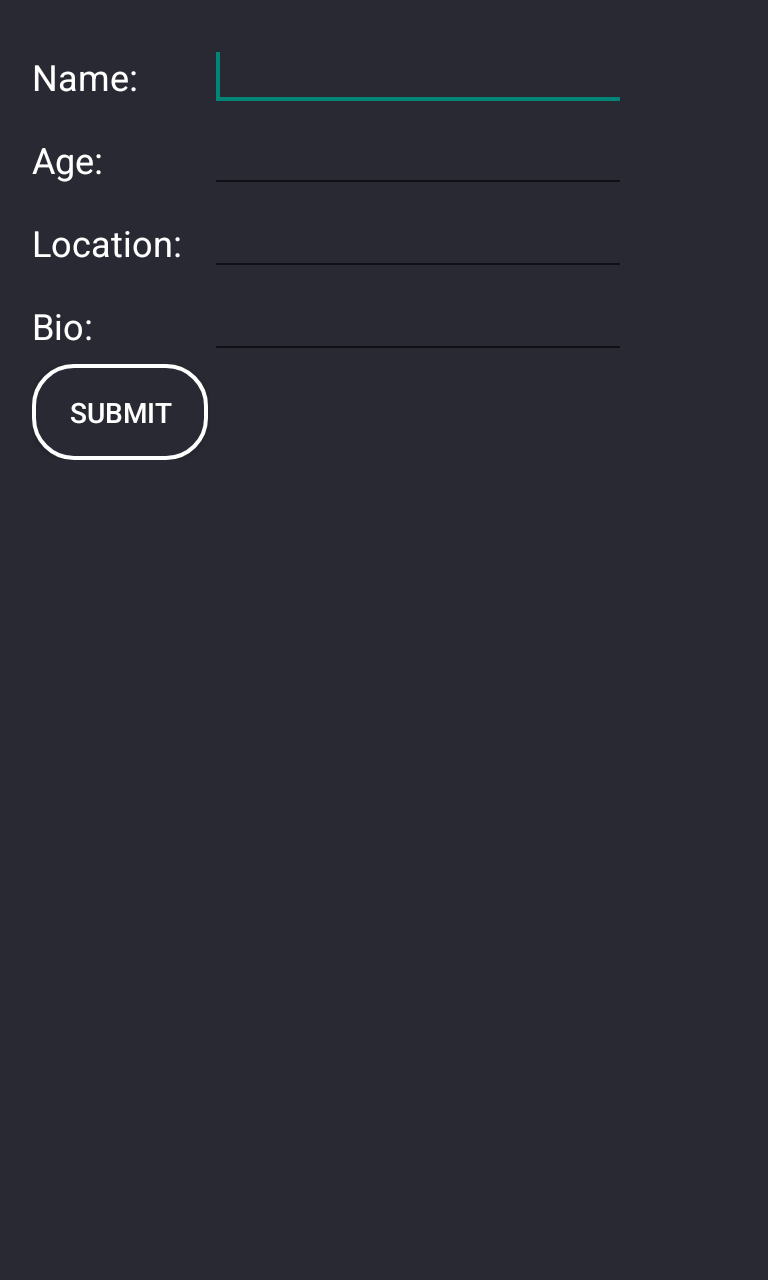
Repository: SageMantis/SeniorProjectGrouple
Layout: client/Grouple/res/layout/activity_edit_profile.xml
The author's editor kept a copy of each file at every save. The layout is drawn from the files as they stood at one save, then again after the next save.
It is drawn on a 768 x 1280 px phone screen (xhdpi) without system bars, with theme AppBaseTheme; the app's code is not run.

Above is the layout before, as saved 2014-11-05 04:46:52.

After the next save:
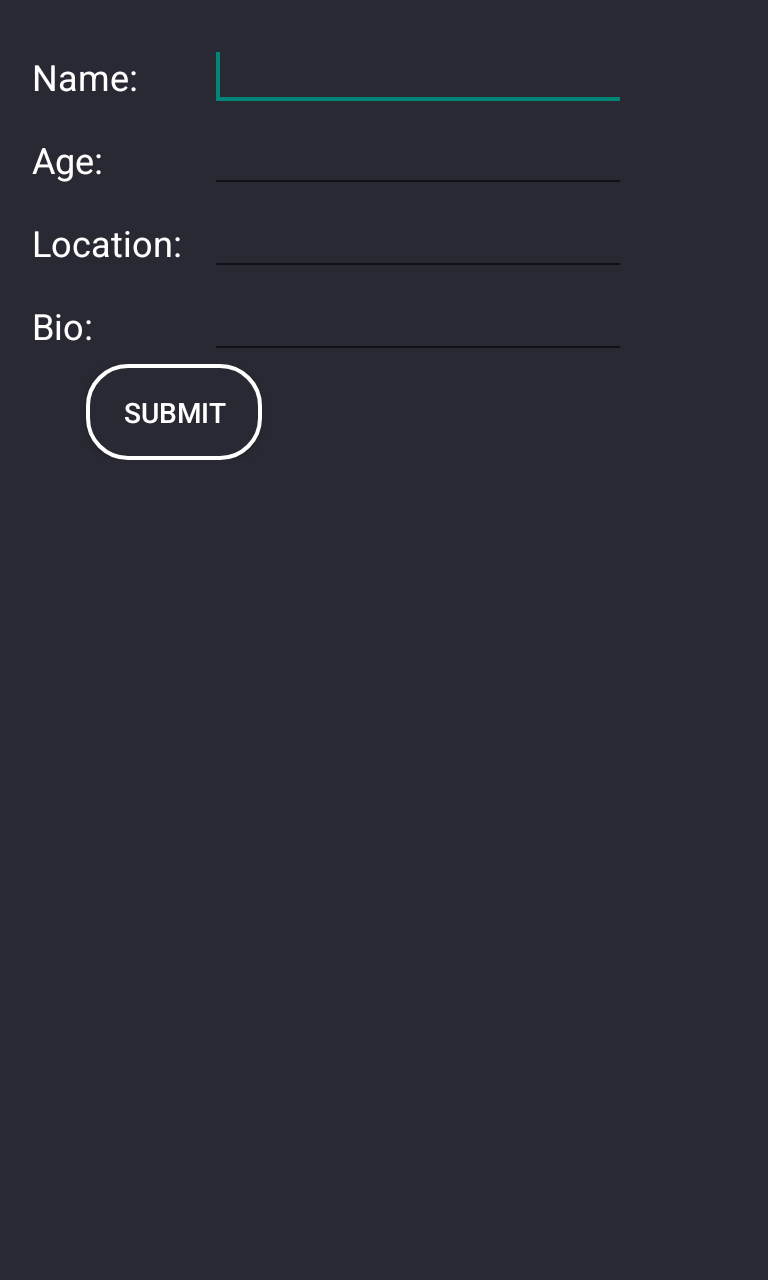
Saved 52 s later.
--- a/client/Grouple/res/layout/activity_edit_profile.xml
+++ b/client/Grouple/res/layout/activity_edit_profile.xml
@@ -105,7 +105,8 @@
     <TableRow
         android:id="@+id/tableRow5"
         android:layout_width="wrap_content"
-        android:layout_height="wrap_content" >
+        android:layout_height="wrap_content"
+        android:gravity="center">
 
         <Button
             android:id="@+id/submitButtonEPA"

After the save that followed:
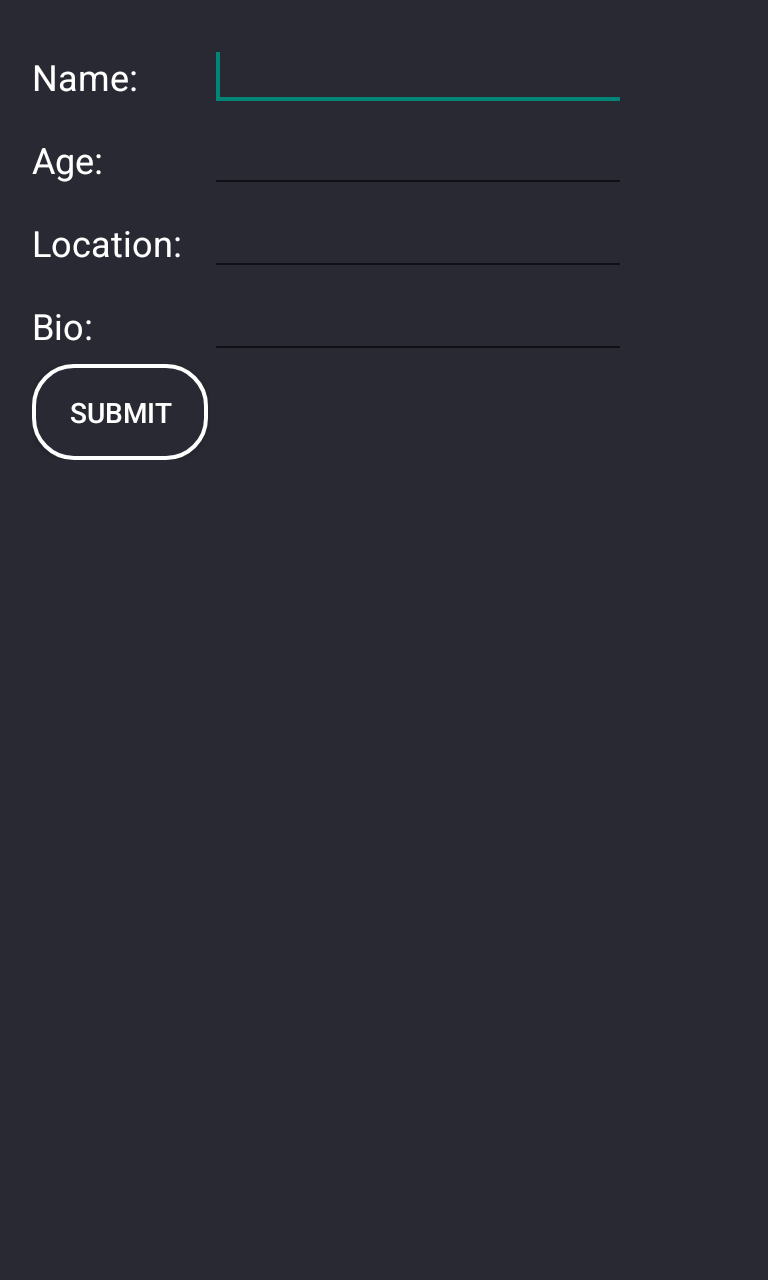
Saved 34 s later.
--- a/client/Grouple/res/layout/activity_edit_profile.xml
+++ b/client/Grouple/res/layout/activity_edit_profile.xml
@@ -105,8 +105,7 @@
     <TableRow
         android:id="@+id/tableRow5"
         android:layout_width="wrap_content"
-        android:layout_height="wrap_content"
-        android:gravity="center">
+        android:layout_height="wrap_content">
 
         <Button
             android:id="@+id/submitButtonEPA"
